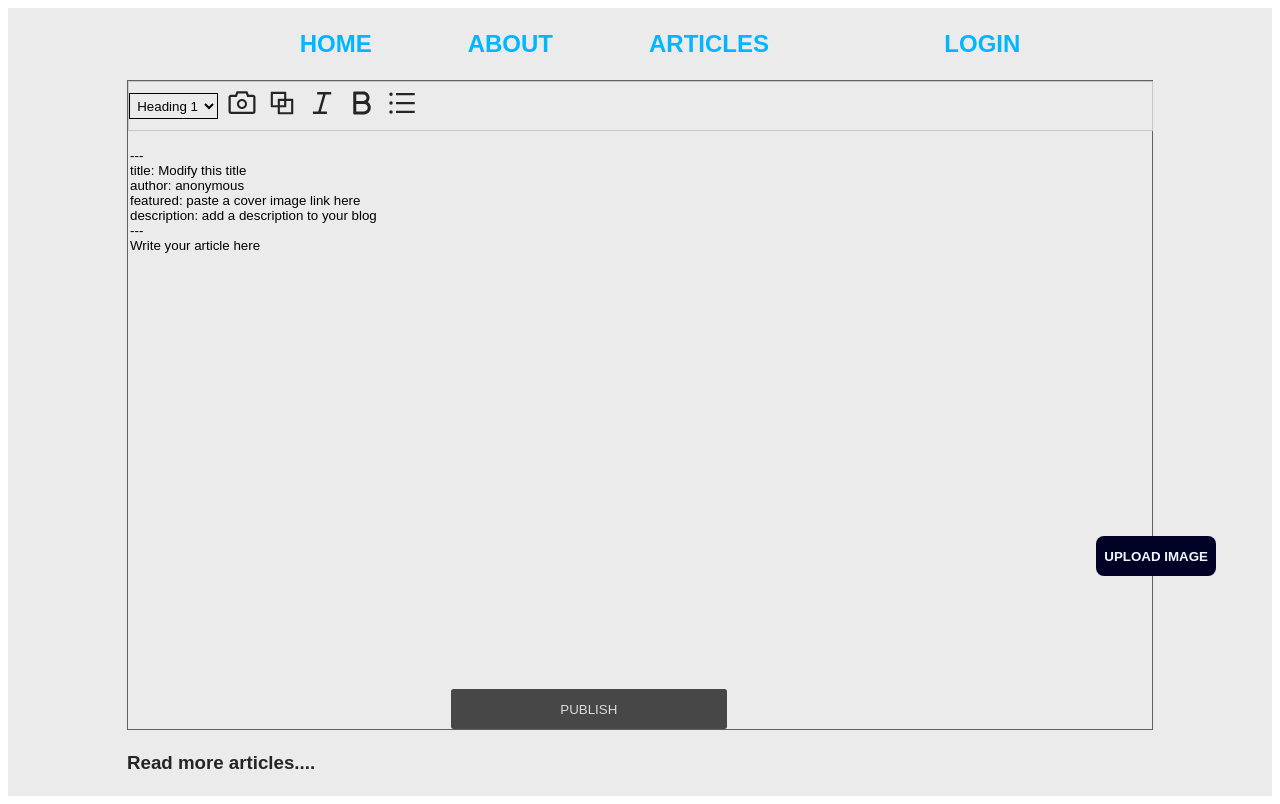
Repository: ValGrace/-static-site
Page: /articles (app in client/)
These files come from the project's save history. The page is drawn as it stood at one moment and after the next save; the edit follows.
The browser window is 1280 px wide. The pictures show the whole page.
The page's requests for data from a server got no answer. The project was rebuilt for these pictures with package versions that can differ from the ones it lists, and the page was loaded fresh each time. No one was signed in, and anything a server would have sent is missing. Also part of the build but not shown: client/vite.config.js, client/src/Components/Login.jsx, client/src/Components/Signup.jsx, client/src/Components/MidSection.jsx, client/src/Components/HomeSection.jsx, client/src/Components/TopSection.jsx, client/src/MdFiles/MdFileContext.js, client/src/Pages/HomePage.jsx and 1 more.

Above is the page before, as saved 2023-07-01 22:06:35.

### client/index.html
<!DOCTYPE html>
<html lang="en">
  <head>
    <meta charset="UTF-8" />
    <link rel="icon" type="image/svg+xml" href="/vite.svg" />
    <meta name="viewport" content="width=device-width, initial-scale=1.0" />
    <title>Static Site Generator</title>

  </head>
  <body>
    <div id="root"></div>
    <script type="module" src="/src/main.jsx"></script>
  </body>
</html>

### client/src/main.jsx
import React from 'react'
import ReactDOM from 'react-dom/client'
import App from './App'
import './index.css'
import { BrowserRouter } from 'react-router-dom'
ReactDOM.createRoot(document.getElementById('root')).render(
  <React.StrictMode>
    <BrowserRouter>
    <App />
    </BrowserRouter>
  </React.StrictMode>,
)

### client/src/App.jsx
import PageRouter from './Routing/PageRouter'
import './App.css'


function App() {

  return (
    <div className="App">
      <PageRouter />
    </div>
  )
}

export default App

### client/src/index.css
:root {
  font-family: 'Acme', sans-serif;
  line-height: 1.5;
  font-weight: 400;

  color-scheme: light dark;
  color: rgba(7, 7, 7, 0.87);
  /* background-color: #000000b4; */
  padding: 0;
  margin: 0;
  font-synthesis: none;
  text-rendering: optimizeLegibility;
  -webkit-font-smoothing: antialiased;
  -moz-osx-font-smoothing: grayscale;
  -webkit-text-size-adjust: 100%;
}

/* a {
  font-weight: 500;
  color: #646cff;
  text-decoration: inherit;
}
a:hover {
  color: #535bf2;
}

body {
  margin: 0;
  display: flex;
  place-items: center;
  min-width: 320px;
  min-height: 100vh;
}

h1 {
  font-size: 3.2em;
  line-height: 1.1;
}

button {
  border-radius: 8px;
  border: 1px solid transparent;
  padding: 0.6em 1.2em;
  font-size: 1em;
  font-weight: 500;
  font-family: inherit;
  background-color: #1a1a1a;
  cursor: pointer;
  transition: border-color 0.25s;
}
button:hover {
  border-color: #646cff;
}
button:focus,
button:focus-visible {
  outline: 4px auto -webkit-focus-ring-color;
}

@media (prefers-color-scheme: light) {
  :root {
    color: #213547;
    background-color: #ffffff;
  }
  a:hover {
    color: #747bff;
  }
  button {
    background-color: #f9f9f9;
  }
} */

### client/src/Routing/PageRouter.jsx
import Dashboard from "../Pages/Dashboard";
import HomePage from "../Pages/HomePage";
import { Routes, Route} from "react-router-dom"
import AboutPage from "../Pages/aboutPage";
import Articles from "../Pages/Articles";
const PageRouter = () => {
    return (
        <Routes>
            <Route exact path="/" element={ <HomePage />}/>
            <Route path="/login" element={ <Dashboard />}/>
            <Route path="/about" element={<AboutPage />} />
            <Route path="/articles" element={<Articles />} />

        </Routes>
    )
}

export default PageRouter

### client/src/App.css
.App {
  display: flex;
  flex-direction: column;
  justify-content: center;
  align-items: center;
  margin: 0;
  padding: 0;
  background-color: rgba(226, 226, 226, 0.699);
}

### client/src/Pages/Dashboard.jsx
import React, { useReducer, useState} from 'react'
import Login from '../Components/Login'
import Signup from '../Components/Signup'
import "../Components/Inputs.css"
import { Link, useNavigate } from 'react-router-dom'
// import { useAuth } from '../Context/UserContext'
import { account } from '../Utils/appwrite'
const initialState = {page : <Login />}
function reducer(state, action) {
    switch(action.type) {
        case 'loginpage':
          return { page: <Login />}
        case 'signuppage':
            return { page: <Signup />}
        default:
            return { page: <h2>Loading....</h2>}
    }
}
const Dashboard = () => {
    const [state, dispatch] = useReducer(reducer, initialState)

    const [ error, setError] = useState('')
    const navigate = useNavigate()
    const ghostLogin = async() => {
        try {
            setError('')
            await account.createAnonymousSession();
            navigate("/")
        }
        catch {
             setError("Failed to Create anonymous account")
        }
    }
    return (
        <div className='dashboard'>
         <h2>Static Site Generator</h2>
         <div>Static site Image</div>
      <div className='dash' id='dash'>
            <div className='toggleForms'>
                <button onClick={() => dispatch({type: 'loginpage'})} className="type-btn">Login</button>
                <button onClick={() => dispatch({type: 'signuppage'})} className="type-btn">Signup</button>
                </div>
            <React.Fragment>{state.page}</React.Fragment>

            <button id="auth-btns" onClick={ghostLogin}>Login with Ghost account</button>
            <h5>{error}</h5>
         </div>
         <Link to="/home">Home</Link>
       </div>
    )
}

export default Dashboard

### client/src/Pages/Articles.jsx
import { useEffect, useRef, useState} from 'react'
import { Axios } from "axios"
import Navbar from '../Components/Navbar'
import { account } from '../Utils/appwrite'
// import { FaBold, FaItalic, FaList} from 'react-icons/fa'
import { AiOutlineItalic, AiOutlineUnorderedList, AiOutlineBold, AiOutlineBlock, AiOutlineCamera} from "react-icons/ai"

const Articles = () => {

  const input = useRef()
  const preview = useRef()

  const [userName] = useState("anonymous")
  const [headStyle, setHeadStyle] = useState("##")
  const [imageData, setImageData] = useState("")
  // const [title, setTitle] = useState('')
  const [currentUser, setCurrentUser] = useState("")
  const articleContext = `
---
title: Modify this title
author: ${currentUser ? currentUser : userName}
featured: paste a cover image link here
description: add a description to your blog
---
Write your article here
  `
  const [article, setarticle] = useState(articleContext)


  // get current user account
  const subscriber = () => {
    const unsubscribe = account.get()
    unsubscribe.then(function(promise){
       console.log(promise)
       setCurrentUser(promise.name)
    }, function(error) {
      console.log(error)
    })
    return unsubscribe
  }
  // fetch articles from api
  async function getData() {
    const response =  await fetch('/articles/')
    const postData = await response.json()
    console.log(postData)

  }
  useEffect(()=> {
    subscriber()
    getData()
  }, [])


  const headTwoEvent = (e) => {
    e.preventDefault()
    setHeadStyle(e.target.value)
    input.current.value += headStyle

  }

  const blockEvent = (e) => {
    e.preventDefault()
    input.current.value += "> "
  }

  const italicEvent = (e) => {
    e.preventDefault()
    input.current.value += "*edit this italic text*"
  }

  const boldEvent = (e) => {
    e.preventDefault()
    input.current.value += "**edit this bold text**"
  }
  const editPost = (event) => {
     setarticle(event.target.value)
  }
  const listEvent = (e) => {
      e.preventDefault()
      input.current.value += "\n- "
  }

   const [imageSelected, setImageSelected] = useState()
   const uploadImage = async() => {
    const formdData = new FormData()
    formdData.append("file", imageSelected)
    formdData.append("upload_preset", "blogsite")
    // formData.append("cloud_name", "dnjzdxki1")
    let data = ""
    await Axios.post("https://api.cloudinary.com/v1_1/dnjzdxki1/image/upload", formdData).then((response)=>{
      console.log(response)
      data = response.data["secure_url"]
      setImageData(data)
    })
    input.current.value += `![add alt text here](${imageData})`
    return data
   }
    return (
        <>
          <Navbar />
          <div className="articles">
          <button onClick={uploadImage} className="btn-edit"> Upload Image</button>
            <form className="md-editor" method='post' action='/articles/' encType='multipart/form-data'>

            <div className='article-area'>

              <div className='article-icons'>
                <select value={headStyle} onChange={headTwoEvent}>
                  <option value="# ">Heading 1</option>
                  <option value="## ">Heading 2</option>
                  <option value="### ">Heading 3</option>
                </select>
                              <div>
                <label htmlFor='inputFile'>
                <AiOutlineCamera size="2em"/>
                <input type='file' onChange={(event) => setImageSelected(event.target.files[0])} id="inputFile" accept='image/*'/>
                </label>


                {/* <Image cloudName="" publicId="" /> */}
                </div>
                <span onClick={blockEvent}><AiOutlineBlock size="2em"/></span>
                <span onClick={italicEvent}><AiOutlineItalic size="2em"/></span>
                <span onClick={boldEvent}><AiOutlineBold size="2em"/></span>
                <span onClick={listEvent}><AiOutlineUnorderedList size="2em"/></span>

                </div>

                <textarea value={article} ref={input} onChange={editPost} id='txtarea' name='article'/>
            </div>
            <div className="md-btns">

                <input type='submit' id="md-btn" value='Publish' />
            </div>
            </form>

            <div id="preview" ref={preview}></div>
            <div>

                <h3>Read more articles....</h3>

            </div>
          </div>
        </>
    )
}

export default Articles













//   const submitForm = () => {
//     fetch("/articles/", {
//         method: "POST",
//         headers: {
//             "Content-Type": "application/json",
//         },
//         body: article

//     })
// }

### client/src/Components/Inputs.css
form, #dash {
    width: 80vw;
}
.signupForm, .dash, .dashboard {
   display: flex;
   flex-direction: column;
   justify-content: center;
   align-items: center;
   gap: 0.8em;
}

input, button {
    width: 80%;
    height: 3em;
    background-color: transparent;
    color: black;
}

#sign {
   width: 40vw;
}

.toggleForms {
    display: grid;
    grid-template-columns: 50% 50%;
    gap: 0.4em;
    justify-content: center;
    align-items: center;
}

#inptitle, .article-icons{
   width: 100%;
   border: 0.5px solid rgb(199, 199, 199);
   border-radius: 0.7%;

}

.article-icons {
    width: 79.9vw;
    height: 3em;
    display: flex;
    flex-direction: row;
    align-items: center;
    gap: 0.5em;
}

.article-area {
   margin-top: 0;
   display: flex;
   flex-direction: column;
   height: 90vh;

}

.type-btn {
    background-color: rgb(2, 2, 133);
    border: none;
    width: 20vw;
    border-radius: 8px;
    text-transform: uppercase;
    color: aliceblue;
    font-weight: 700;
}

.type-btn:hover {
   background-color: rgb(1, 1, 22);
}

#auth-btns {
    text-transform: uppercase;
    font-weight: 700;
}

select, option {
    border: 0.08em solid black;
    background-color: transparent;
    font-weight: 500;
    padding: 0.2rem;
}

input[type=file] {
   display: none;
}

label {
    cursor: pointer;
}

### client/src/Utils/appwrite.js
import {Client, Account} from "appwrite"

const client = new Client()

client.setEndpoint("https://cloud.appwrite.io/v1").setProject("64940746ea62d29f596e")

export const account = new Account(client)

### client/src/Components/Navbar.jsx
import { useState } from "react"
import {HiBars3BottomLeft} from 'react-icons/hi2'
import { FaTimes} from 'react-icons/fa'
import { Link} from 'react-router-dom'
import "./Navbar.css"
const Navbar = () => {
    const [clickbar, setClickbar] = useState(false)
    return (
           <>


        <nav id="bar" onClick={()=>setClickbar
        (!clickbar)}>{clickbar ? <>
           <FaTimes size="2em"/>

            <ul>
               <Link to="/" className="navlink"><li>home</li></Link>
                <Link to="/about"><li>about</li></Link>
                <Link to="/articles"><li>articles</li></Link>
                <Link to="/login"><li>Login</li></Link>
            </ul>

        </>: <HiBars3BottomLeft size="2em"/>}
        </nav>

        <nav id="pages">
        <ul>
                <Link to="/" className="navlink"><li>home</li></Link>
                <Link to="/about" className="navlink"><li>about</li></Link>
                <Link to="/articles" className="navlink"><li>articles</li></Link>
            </ul>
            <ul>
                <li><Link to="/login" className="navlink">Login</Link></li>
            </ul>

</nav>
        </>
    )
}

export default Navbar

### client/src/Components/InfoPage.css
#about-page {
    font-size:2rem;
    text-transform: capitalize;

    width: 80vw;

    text-align: center;
}

.about-mid {
   display: flex;
   gap: 0.4rem;
   flex-wrap: wrap;
   flex-direction: column;
}

.about-info, .abt-context {
    /* width: 25vw; */
    display: flex;
    flex-direction: column;

}
#context {
    width: 75vw;
}

.abt-img {
    background-color: rgba(54, 4, 4, 0.685);
    width: 40vw;

}

.abt-img > img {
    width: 100%;
    height: 100%;
}


.md-editor {
    width: 80vw;
    height: 90vh;
    margin: auto;
    display: flex;
    flex-direction: column;
    border: 0.5px solid rgb(97, 97, 97);

}

.footer {
    background-color: rgba(255, 255, 255, 0.952);
    /* padding: 0.8em; */
    width: 100%;
    text-align: center;
    color: rgba(0, 0, 0, 0.938);
    border-radius: 0.4em;
}

#txtarea {
    resize: none;
    width: 100%;
    height: 60vh;
    background-color: transparent;
    border: none;
    font-family: 'Acme', sans-serif;
}
.md-edit {
    position: absolute;
    width: 80vw;
    height: 90vh;
    top: 10%;
    background-color: rgb(0, 0, 0);
    display: flex;
    flex-direction: column;
    align-items: center;
    gap: 0.4em;
}

.md-edit > textarea {
    resize: none;
    width: 90%;
    height: 80%;
    background-color: rgb(29, 28, 28);
    color: rgba(240, 248, 255, 0.932);
    border-radius: 8px;
    border: none;

}

.md-btns {
    display: flex;
   justify-content: center;
   align-items: center;
    gap: 0.7em;
    width: 90%;
}

#md-btn {
    width: 30%;
    background-color: rgb(71, 71, 71);
    color: rgb(218, 218, 218);
    text-transform: uppercase;
    font-weight: 400;
    border: none;
    border-radius: 0.2em;

}
@media screen and (min-width: 670px) {
    #abt-info {
        flex-direction: row-reverse;
    }
    .about-info, .abt-context {
        flex-direction: row;
        justify-content: center;
        gap: 0.8em;

    }
    .abt-pg {
        display: flex;
        flex-direction: column;
        width: 40vw;
    }
    .abt-img {
        width: 40vw;
    }

}

### client/src/Components/Navbar.css
nav {
    width: 70vw;
    height: 10vh;
    display: flex;
}

nav > ul{
  display: flex;
  flex-direction: row;
  text-transform: uppercase;
  list-style-type: none;
  justify-content: center;
  align-items: center;
  gap: 4em;
  font-weight: 600;
  font-size: 1.5rem;
  flex-grow: 1;

  text-decoration: none;
}

.navlink {
    text-decoration: none;
    text-decoration-style: none;
    color: rgb(0, 183, 255);
}

.topsection {
    background-image: url("../assets/pwbg.jpg");
    color: rgb(231, 228, 228);
    width: 98vw;
    height: 70vh;
    background-size: cover;
    display: flex;
    flex-direction: column;
    align-items: center;

    position: relative;
    z-index: 1;
}

.topsection-cover {
    position: absolute;
    left: 0;
    bottom: 0;
    width: 100%;
    height: 100%;
    background-color: rgba(0, 0, 0, 0.719);
    z-index: -1;
}

#top-text {
    width: 65vw;
    left: 40%;
    height: 80%;
    display: flex;
    flex-direction: column;
    justify-content: center;

}

#top-text > h2 {
    font-size: 4.5rem;
    text-transform: capitalize;
    margin: 0;
    /* float: left; */
}

#top-text > p {
    float: right;

}

.head-section {
    display: flex;
    width: 90vw;
    gap: 0.5em;
    flex-wrap: wrap;
}

.head-img {
    background-color: rgb(14, 13, 29);
    width: 90%;
    /* border-radius: 0.9em; */
    height: 45vh;
    box-shadow: rgba(0, 0, 0, 0.25) 0px 14px 28px;
    margin-left: 0;
    justify-self: left;
}

.head-img > img {
    width: 100%;
    height: 100%;
    border-radius: 0.9em;
}

.side-section {
    display: flex;
    flex-direction: column;
    height: 100vh;
    background-color: rgb(14, 13, 13);
    gap: 0.3rem;
    padding: 2.8rem;
    width: 92%;
}

.side-section > h2 {
    font-size: 2.5rem;
    color: rgb(253, 255, 255);
    text-align: center;
}

.featured-articles {
    display: flex;
    flex-direction: row;
    flex-wrap: wrap;
    color: rgb(255, 255, 255);
    text-align: justify;
    gap: 1.6rem;
    align-items: center;
}

.side-blogs > h4 {
    font-size: larger;
    text-transform: capitalize;
}

.side-img-left {
    display: flex;
    flex-direction: column;
    width: 40vw;
    gap: 0.8rem;
}

.side-img-right {
    display: flex;
    flex-direction: row;
    width: 45vw;
    height: 10rem;
    gap: 0.4rem;
    margin-bottom: 0.4rem;
    justify-content: center;
    align-items: center;
}
.side-right-img {
    width: 60%;
    height: 100%;
    box-shadow: rgba(0, 0, 0, 0.25) 0px 14px 28px;
}


.side-img {
    background-color: black;
    width: 100%;
    height: 16rem;

}

.side-img > img, .side-right-img > img {
    width: 100%;
    height: 100%;
}

.side-blogs > h4, .side-blogs > p {
    margin: 0;
}

.btn-edit {
    position: fixed;
    right: 5%;
    bottom: 20%;
    width: auto;
    padding: 8px;
    background-color: rgb(2, 2, 39);
    color: aliceblue;
    text-transform: uppercase;
    font-weight: 600;
    border: none;
    border-radius: 8px;
}
.site-descr {
    width:65vw;
    /* background-color: rgba(226, 226, 226, 0.699); */
    border-radius: 9px;
    /* margin-top: 0.9rem; */
    display: flex;
    /* gap: 0.4rem; */
    /* padding: 3.4rem; */
    height: 25vh;
    margin-bottom: 3em;
}

#pages > ul {

    flex-direction: column;
}

.site-descr > p {
    width: 75%;
}
.site-sep {
    width: 0.1rem;
    height: 90%;
    background-color: rgb(2, 2, 39);
    margin-right: 0.7rem;
}


.value-section {
   width: 100%;
    display: flex;
    gap: 2.8rem;
    flex-wrap: wrap;
    /* color: rgb(20, 20, 20); */
    justify-content: center;
    align-items: center;
}

.single-value {
    box-shadow:
		5px 1px 5px rgb(199, 199, 199);
    border-radius: 10px;
    background-color: rgba(255, 255, 255, 0.863);
    padding: 0.4em;
    width: 15em;
    height: 16em;
}

#icon-section {
    width: 100%;
    height: 40%;
    display:flex;
    justify-content: center;
    align-items: center;
}



@media screen and (min-width: 1200px) {
    #bar {
      display: none;
    }
    #pages > ul{
        flex-direction: row;
    }

  }

@media screen and (max-width: 1200px) {
    #pages {
      display: none;
    }
   #bar {
        flex-direction: column;

    }
    #bar > ul {
        flex-direction: column;
        gap: 2em;
        background-color: rgba(255, 255, 255, 0.979);
        color: rgb(2, 6, 56);
        width: 90vw;
        height: 70vh;
        position: absolute;
        top: 0;
        right: 0;
    }
}

After the next save:
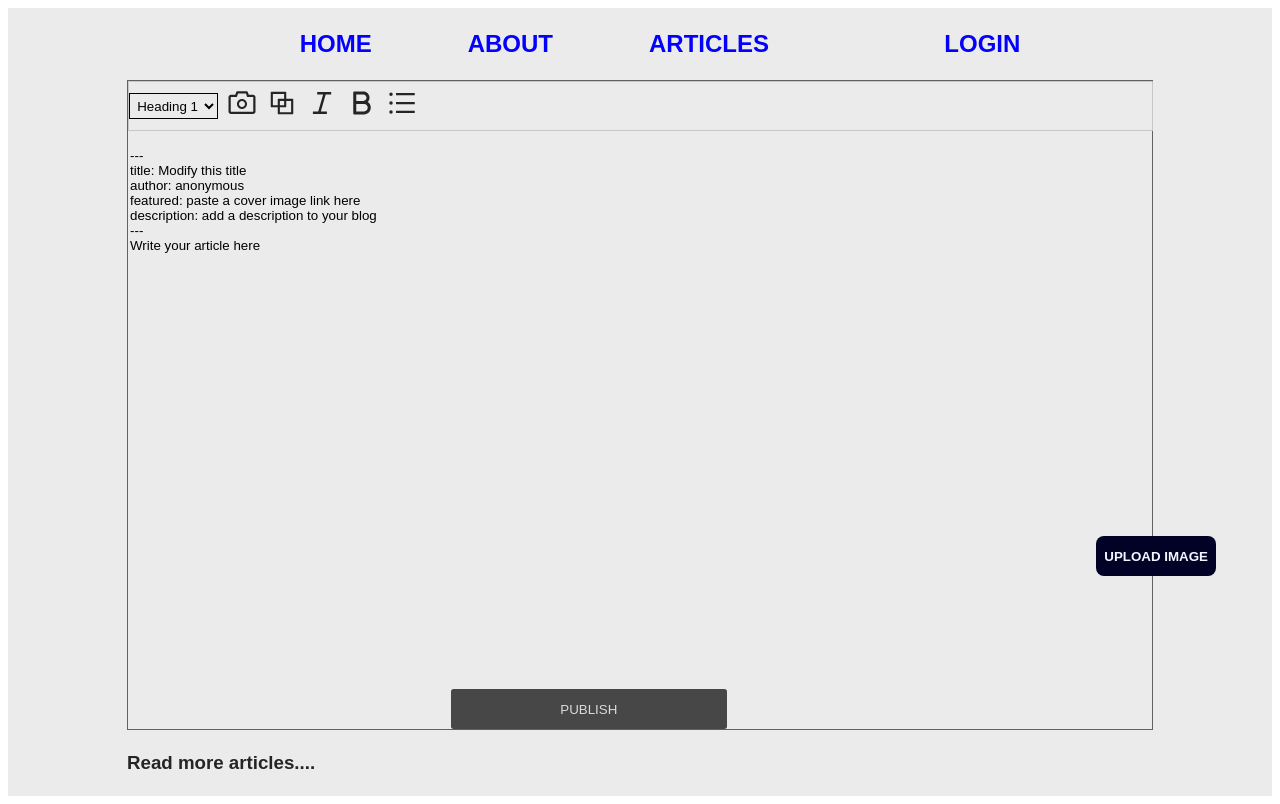
Saved 19 s later.
--- a/client/src/Components/Navbar.css
+++ b/client/src/Components/Navbar.css
@@ -22,7 +22,7 @@ nav > ul{
 .navlink {
     text-decoration: none;
     text-decoration-style: none;
-    color: rgb(0, 183, 255);
+    color: rgb(4, 0, 255);
 }
 
 .topsection {
